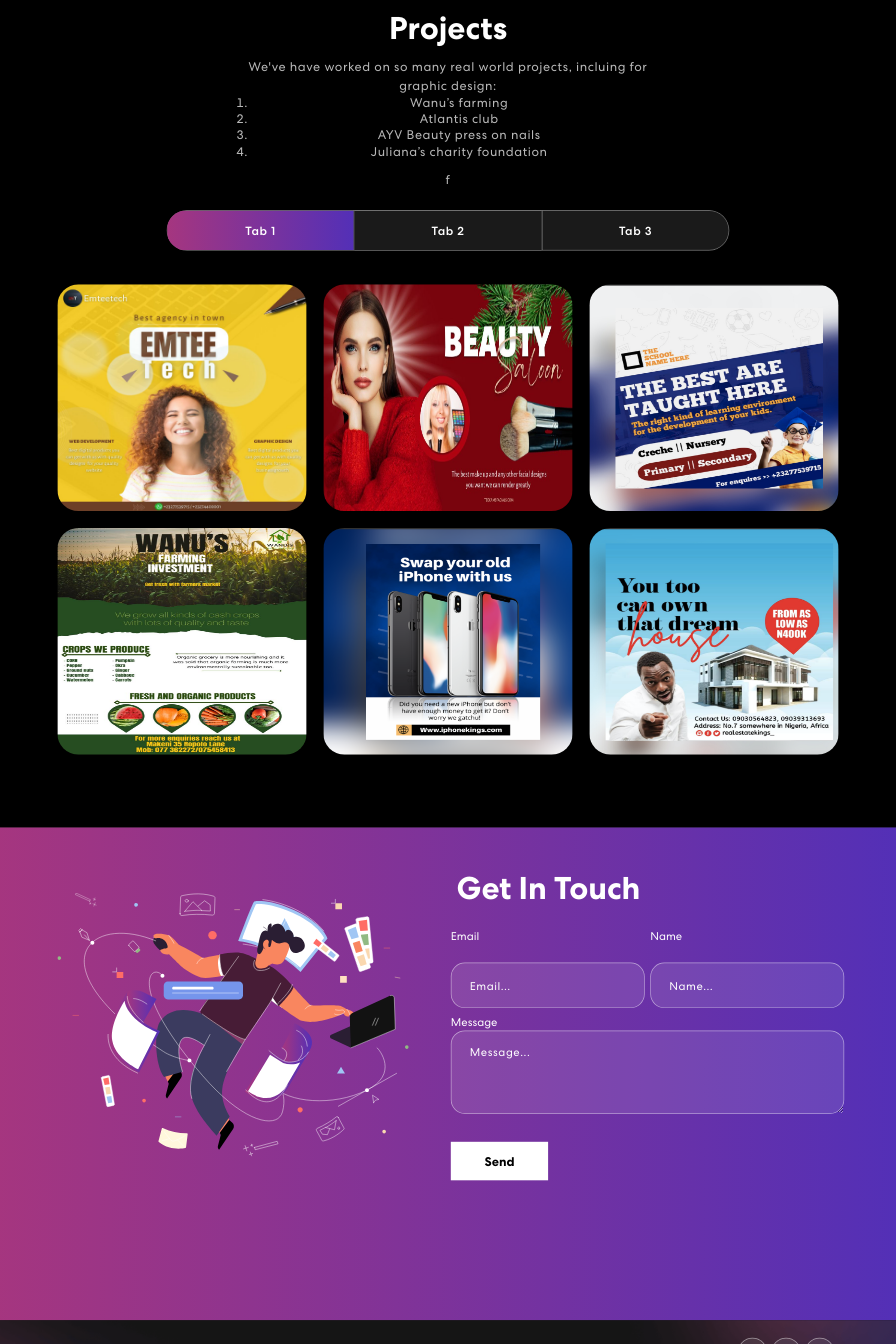
Repository: EmmanuelKeifala/emtee
Page: /
These files come from the project's save history. The page is drawn as it stood at one moment and after the next save; the edit follows.
The browser window is 1280 px wide. The pictures show the part of the page from y = 1543 to 3463 px (the page is 3638 px tall before and 3665 px after), at 70% of full size.
The project was rebuilt for these pictures with package versions that can differ from the ones it lists, and the page was loaded fresh each time. Some packages were replaced by stand-ins written for this rebuild.

Above is the page before, as saved 2022-09-30 18:20:28.

### public/index.html
<!DOCTYPE html>
<html lang="en">
  <head>
    <meta charset="utf-8" />
    <link rel="icon" href="%PUBLIC_URL%/favicon.ico" />
    <meta name="viewport" content="width=device-width, initial-scale=1" />
    <meta name="theme-color" content="#000000" />
    <meta name="description" content="Em-Tech" />
    <link rel="apple-touch-icon" href="%PUBLIC_URL%/logo192.png" />

    <link rel="manifest" href="%PUBLIC_URL%/manifest.json" />
    <title>Em-Tech</title>
  </head>
  <body>
    <div id="root"></div>
  </body>
</html>

### src/Components/Navbar.jsx
import React, { useState, useEffect } from "react";
import { Navbar, Container, Nav } from "react-bootstrap";
import logo from "../assets/img/screen.png";
import navIcon1 from "../assets/img/nav-icon1.svg";
import navIcon2 from "../assets/img/nav-icon2.svg";
import navIcon3 from "../assets/img/nav-icon3.svg";
import Twitter from "../assets/img/twit.png";

const NavBar = () => {
  const [activeLink, setActiveLink] = useState("home");
  const [scrolled, setScrolled] = useState(false);
  useEffect(() => {
    const onScroll = () => {
      if (window.scrollY > 50) {
        setScrolled(true);
      } else {
        setScrolled(false);
      }
    };
    window.addEventListener("scroll", onScroll);

    return () => window.removeEventListener("scroll", onScroll);
  }, []);
  const onUpdateActiveLink = (value) => {
    setActiveLink(value);
  };
  return (
    <Navbar expand="md" className={scrolled ? "scrolled" : ""}>
      <Container>
        <Navbar.Brand href="/">
          <img src={logo} alt="Logo" className="lo" />
        </Navbar.Brand>
        <Navbar.Toggle aria-controls="basic-navbar-nav">
          <span className="navbar-toggler-icon"></span>
        </Navbar.Toggle>
        <Navbar.Collapse id="basic-navbar-nav">
          <Nav className="ms-auto">
            <Nav.Link
              href="#home"
              className={
                activeLink === "home" ? "active navbar-link" : "navbar-link"
              }
              onClick={() => onUpdateActiveLink("home")}
            >
              Home
            </Nav.Link>
            <Nav.Link
              href="#skills"
              className={
                activeLink === "skills" ? "active navbar-link" : "navbar-link"
              }
              onClick={() => onUpdateActiveLink("skills")}
            >
              Skills
            </Nav.Link>
            <Nav.Link
              href="#project"
              className={
                activeLink === "project" ? "active navbar-link" : "navbar-link"
              }
              onClick={() => onUpdateActiveLink("project")}
            >
              Projects
            </Nav.Link>
          </Nav>
          <span className="navbar-text">
            <div className="social-icon">
              <a href="#">
                <img src={navIcon1} alt="linkedin" />
              </a>
              <a href="#">
                <img src={navIcon2} alt="facebook" />
              </a>
              <a href="#">
                <img src={navIcon3} alt="instagram" />
              </a>
              <a href="#">
                <img src={Twitter} alt="Twitter" className="twit" />
              </a>
            </div>
            <button className="vvd">
              <span>Let’s Connect</span>
            </button>
          </span>
        </Navbar.Collapse>
      </Container>
    </Navbar>
  );
};

export default NavBar;

### src/Components/Banner.jsx
import React from "react";
import { useState, useEffect } from "react";
import { Container, Row, Col } from "react-bootstrap";
import { ArrowRightCircle } from "react-bootstrap-icons";
import headerImg from "../assets/img/header-img.svg";
import "animate.css";
import TrackVisibility from "react-on-screen";
import GoogleAd from "./GoogleAd";
const Banner = () => {
  const [loopNum, setLoopNum] = useState(0);
  const [isDeleting, setIsDeleting] = useState(false);
  const [text, setText] = useState("");
  const [delta, setDelta] = useState(300 - Math.random() * 100);
  const [index, setIndex] = useState(1);
  const toRotate = ["Web Development", "Web Design", "UI/UX Design"];
  const period = 2000;

  useEffect(() => {
    let ticker = setInterval(() => {
      tick();
    }, delta);

    return () => {
      clearInterval(ticker);
    };
  }, [text]);

  const tick = () => {
    let i = loopNum % toRotate.length;
    let fullText = toRotate[i];
    let updatedText = isDeleting
      ? fullText.substring(0, text.length - 1)
      : fullText.substring(0, text.length + 1);

    setText(updatedText);

    if (isDeleting) {
      setDelta((prevDelta) => prevDelta / 2);
    }

    if (!isDeleting && updatedText === fullText) {
      setIsDeleting(true);
      setIndex((prevIndex) => prevIndex - 1);
      setDelta(period);
    } else if (isDeleting && updatedText === "") {
      setIsDeleting(false);
      setLoopNum(loopNum + 1);
      setIndex(1);
      setDelta(500);
    } else {
      setIndex((prevIndex) => prevIndex + 1);
    }
  };

  return (
    <section className="banner" id="home">
      <Container>
        <Row className="aligh-items-center">
          <Col xs={12} md={6} xl={7}>
            <TrackVisibility>
              {({ isVisible }) => (
                <div
                  className={
                    isVisible ? "animate__animated animate__fadeIn" : ""
                  }
                >
                  <span className="tagline">
                    Welcome to our Portfolio and Hiring Page
                  </span>
                  <h1>
                    {`Hi! We are Em-Tech we do`}{" "}
                    <span
                      className="txt-rotate"
                      dataPeriod="1000"
                      data-rotate='[ "Web Developement", "Web Design", "UI/UX Design" ]'
                    >
                      <span className="wrap">{text}</span>
                    </span>
                  </h1>
                  <p className="banner-p">
                    This is a digital agency that renders digital products and
                    ensure clients get the best services he/she deserves and our
                    priority is to make working with us feeling easy,
                    professional and great work We are passionate to see your
                    brand or business grow tremendously and to attract potential
                    clients that’d patronize your brand full time
                  </p>
                  <button onClick={() => console.log("connect")}>
                    Let’s Connect <ArrowRightCircle size={25} />
                  </button>
                </div>
              )}
            </TrackVisibility>
          </Col>
          <Col xs={12} md={6} xl={5}>
            <TrackVisibility>
              {({ isVisible }) => (
                <div
                  className={
                    isVisible ? "animate__animated animate__zoomIn" : ""
                  }
                >
                  <img src={headerImg} alt="Header Img" />
                </div>
              )}
            </TrackVisibility>
          </Col>
        </Row>
      </Container>
      <GoogleAd slot="9876543210" googleAdId="ca-pub-2934431448539258" />
    </section>
  );
};

export default Banner;

### src/Components/Skills.jsx
import React from "react";
import meter1 from "../assets/img/meter1.svg";
import meter2 from "../assets/img/meter2.svg";
import meter3 from "../assets/img/meter3.svg";
import Carousel from "react-multi-carousel";
import "react-multi-carousel/lib/styles.css";
import arrow1 from "../assets/img/arrow1.svg";
import arrow2 from "../assets/img/arrow2.svg";
import colorSharp from "../assets/img/color-sharp.png";
const Skills = () => {
  const responsive = {
    superLargeDesktop: {
      // the naming can be any, depends on you.
      breakpoint: { max: 4000, min: 3000 },
      items: 5,
    },
    desktop: {
      breakpoint: { max: 3000, min: 1024 },
      items: 3,
    },
    tablet: {
      breakpoint: { max: 1024, min: 464 },
      items: 2,
    },
    mobile: {
      breakpoint: { max: 464, min: 0 },
      items: 1,
    },
  };
  return (
    <section className="skill" id="skills">
      <div className="container">
        <div className="row">
          <div className="col-12">
            <div className="skill-bx wow zoomIn">
              <h2>Skills</h2>
              <p>
                Graphic design is a skill which helps people to grow your
                business and making one’s <br></br> imagination to mask out with
                quality designs and to visualize you thoughts or ideas<br></br>
                Also skills in react, next Js, Javascript and Html&CSS <br></br>
                To handle web design Giving smooth, fast and secured webpages
              </p>
              <Carousel
                responsive={responsive}
                infinite={true}
                className="owl-carousel owl-theme skill-slider"
              >
                <div className="item">
                  <img src={meter1} alt="Image" />
                  <h5>Graphic Design</h5>
                </div>
                <div className="item">
                  <img src={meter2} alt="Image" />
                  <h5>Brand Identity</h5>
                </div>
                <div className="item">
                  <img src={meter3} alt="Image" />
                  <h5>Logo Design</h5>
                </div>
                <div className="item">
                  <img src={meter1} alt="Image" />
                  <h5>Web Development</h5>
                </div>
              </Carousel>
            </div>
          </div>
        </div>
      </div>
      <img className="background-image-left" src={colorSharp} alt="Image" />
    </section>
  );
};

export default Skills;

### src/Components/Projects.jsx
import React from "react";
import { Container, Row, Col, Tab, Nav } from "react-bootstrap";
import { ProjectCard } from "./ProjectCard";
import projImg1 from "../assets/img/project-1.jpeg";
import projImg2 from "../assets/img/project-2.jpeg";
import projImg3 from "../assets/img/project-7.png";
import projImg4 from "../assets/img/project-4.jpeg";
import projImg5 from "../assets/img/project-5.png";
import projImg6 from "../assets/img/project-6.png";

import colorSharp2 from "../assets/img/color-sharp2.png";
import ecommerce from "../assets/img/Ecommerce-2.jpeg";
import tiktok from "../assets/img/tiktok-clone-1.png";
import spotify from "../assets/img/spotify.webp";
import food from "../assets/img/food.png";
import chatapp from "../assets/img/chatapp.jpeg";
import amazon from "../assets/img/amazon.png";
import "animate.css";
import TrackVisibility from "react-on-screen";
const Projects = () => {
  const projects = [
    {
      title: "Business Startup",
      description: "Design & Development",
      imgUrl: projImg1,
    },
    {
      title: "Business Startup",
      description: "Design & Development",
      imgUrl: projImg2,
    },
    {
      title: "Business Startup",
      description: "Design & Development",
      imgUrl: projImg3,
    },
    {
      title: "Business Startup",
      description: "Design & Development",
      imgUrl: projImg4,
    },
    {
      title: "Business Startup",
      description: "Design & Development",
      imgUrl: projImg5,
    },
    {
      title: "Business Startup",
      description: "Design & Development",
      imgUrl: projImg6,
    },
  ];
  const web = [
    {
      title: "Ecommerce Website",
      description: "It handles order, sales etc",
      imgUrl: ecommerce,
      link: "https://em-tech-rzdb.vercel.app/",
    },
    {
      title: "A Tik Tok clone",
      description: "Design & Development",
      imgUrl: tiktok,
    },
    {
      title: "Spotify Clone",
      description: "Design & Development",
      imgUrl: spotify,
    },
    {
      title: "Food Order and Delivery",
      description: "Design & Development",
      imgUrl: food,
    },
    {
      title: "Chat App",
      description: "Design & Development",
      imgUrl: chatapp,
    },
    {
      title: "Amazon Clone",
      description: "Design & Development",
      imgUrl: amazon,
    },
  ];
  return (
    <section className="project" id="project">
      <Container>
        <Row>
          <Col size={12}>
            <TrackVisibility>
              {({ isVisible }) => (
                <div
                  className={
                    isVisible ? "animate__animated animate__fadeIn" : ""
                  }
                >
                  <h2>Projects</h2>
                  <p>
                    <span>
                      {" "}
                      We've have worked on so many real world projects, incluing
                      for graphic design:
                      <ol>
                        <li> Wanu’s farming</li>
                        <li> Atlantis club</li>
                        <li>AYV Beauty press on nails</li>
                        <li>Juliana’s charity foundation</li>
                      </ol>
                    </span>
                    f
                  </p>
                  <Tab.Container id="projects-tabs" defaultActiveKey="first">
                    <Nav
                      variant="pills"
                      className="nav-pills mb-5 justify-content-center align-items-center"
                      id="pills-tab"
                    >
                      <Nav.Item>
                        <Nav.Link eventKey="first">Tab 1</Nav.Link>
                      </Nav.Item>
                      <Nav.Item>
                        <Nav.Link eventKey="second">Tab 2</Nav.Link>
                      </Nav.Item>
                      <Nav.Item>
                        <Nav.Link eventKey="third">Tab 3</Nav.Link>
                      </Nav.Item>
                    </Nav>
                    <Tab.Content
                      id="slideInUp"
                      className={
                        isVisible ? "animate__animated animate__slideInUp" : ""
                      }
                    >
                      <Tab.Pane eventKey="first">
                        <Row>
                          {projects.map((project, index) => {
                            return <ProjectCard key={index} {...project} />;
                          })}
                        </Row>
                      </Tab.Pane>
                      <Tab.Pane eventKey="second">
                        <Row>
                          {web.map((project, index) => {
                            return <ProjectCard key={index} {...project} />;
                          })}
                        </Row>
                      </Tab.Pane>
                      <Tab.Pane eventKey="third">
                        <p>
                          Lorem ipsum dolor sit amet consectetur adipisicing
                          elit. Cumque quam, quod neque provident velit, rem
                          explicabo excepturi id illo molestiae blanditiis,
                          eligendi dicta officiis asperiores delectus quasi
                          inventore debitis quo.
                        </p>
                      </Tab.Pane>
                    </Tab.Content>
                  </Tab.Container>
                </div>
              )}
            </TrackVisibility>
          </Col>
        </Row>
      </Container>
      <img className="background-image-right" src={colorSharp2}></img>
    </section>
  );
};

export default Projects;

### src/Components/Footer.jsx
import React from "react";
import { Container, Row, Col } from "react-bootstrap";
import logo from "../assets/img/logo.svg";
import navIcon1 from "../assets/img/nav-icon1.svg";
import navIcon2 from "../assets/img/nav-icon2.svg";
import navIcon3 from "../assets/img/nav-icon3.svg";

const Footer = () => {
  return (
    <footer className="footer">
      <Container>
        <Row className="align-items-center">
          <Col size={12} sm={6}>
            <img src={logo} alt="Logo" />
          </Col>
          <Col size={12} sm={6} className="text-center text-sm-end">
            <div className="social-icon">
              <a href="#" className="icon">
                <img src={navIcon1} alt="Icon" className="icon-1" />
              </a>
              <a href="#" className="icon">
                <img src={navIcon2} alt="Icon" className="icon-1" />
              </a>
              <a href="#" className="icon">
                <img src={navIcon3} alt="Icon" className="icon-1" />
              </a>
            </div>
            <p>Copyright 2022. All Rights Reserved</p>
            <p>Develped by Em-Tech</p>
          </Col>
        </Row>
      </Container>
    </footer>
  );
};

export default Footer;

### src/Components/GoogleAd.jsx
import React, { Component } from "react";
import PropTypes from "prop-types";

class GoogleAd extends Component {
  googleInit = null;

  componentDidMount() {
    const { timeout } = this.props;
    this.googleInit = setTimeout(() => {
      if (typeof window !== "undefined")
        (window.adsbygoogle = window.adsbygoogle || []).push({});
    }, timeout);
  }

  componentWillUnmount() {
    if (this.googleInit) clearTimeout(this.googleInit);
  }

  render() {
    const { classNames, slot, googleAdId, style, format } = this.props;
    return (
      <div className={classNames}>
        <ins
          className="adsbygoogle"
          style={style || { display: "block", textAlign: "center" }}
          data-ad-client={googleAdId}
          data-ad-slot={slot}
          data-ad-format={format || "auto"}
          data-full-width-responsive="true"
        ></ins>
      </div>
    );
  }
}
GoogleAd.propTypes = {
  classNames: PropTypes.string,
  slot: PropTypes.string,
  timeout: PropTypes.number,
  googleAdId: PropTypes.string,
};
GoogleAd.defaultProps = {
  classNames: "",
  timeout: 200,
};
export default GoogleAd;

### src/Components/ProjectCard.jsx
import { Col } from "react-bootstrap";

export const ProjectCard = ({ title, description, imgUrl, link }) => {
  return (
    <Col size={12} sm={6} md={4}>
      <div className="proj-imgbx">
        <img src={imgUrl} className="prop-image" />
        <div className="proj-txtx">
          <h4>{title}</h4>
          <span>{description}</span>
          {link && (
            <p>
              <a target="_blank" href={link}>
                <span className="spanner">Demo</span>
              </a>
            </p>
          )}
        </div>
      </div>
    </Col>
  );
};

Loaded but not shown: src/index.css (common file); src/reportWebVitals.js (common file); src/App.js (23 lines, source omitted); src/index.js (16 lines, source omitted); src/App.css (748 lines, source omitted); src/Components/Contact.jsx (145 lines, source omitted)

After the next save:
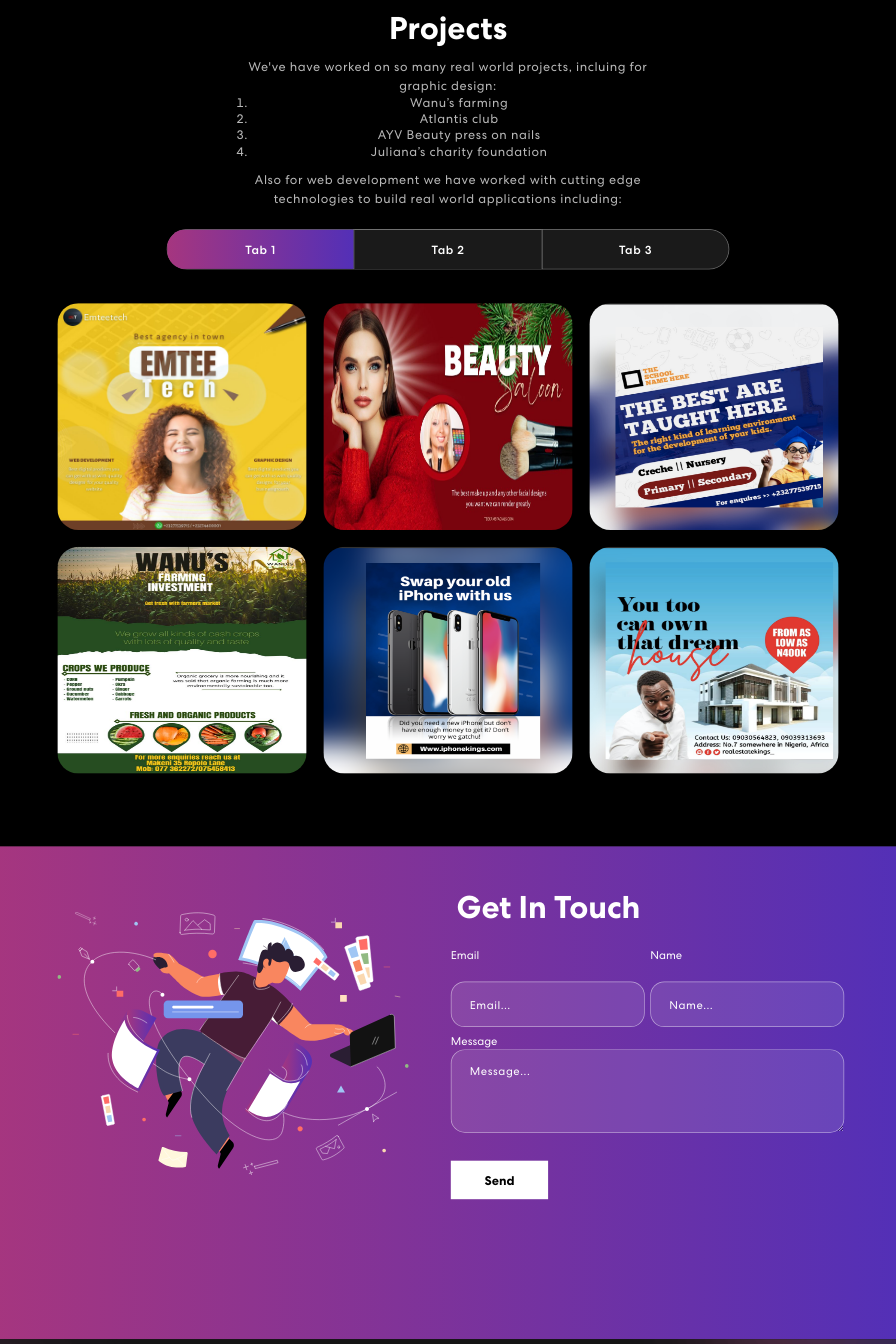
Saved 77 s later.
--- a/src/Components/Projects.jsx
+++ b/src/Components/Projects.jsx
@@ -108,7 +108,10 @@ const Projects = () => {
                         <li>Juliana’s charity foundation</li>
                       </ol>
                     </span>
-                    f
+                    <span>
+                      Also for web development we have worked with cutting edge
+                      technologies to build real world applications including:
+                    </span>
                   </p>
                   <Tab.Container id="projects-tabs" defaultActiveKey="first">
                     <Nav
